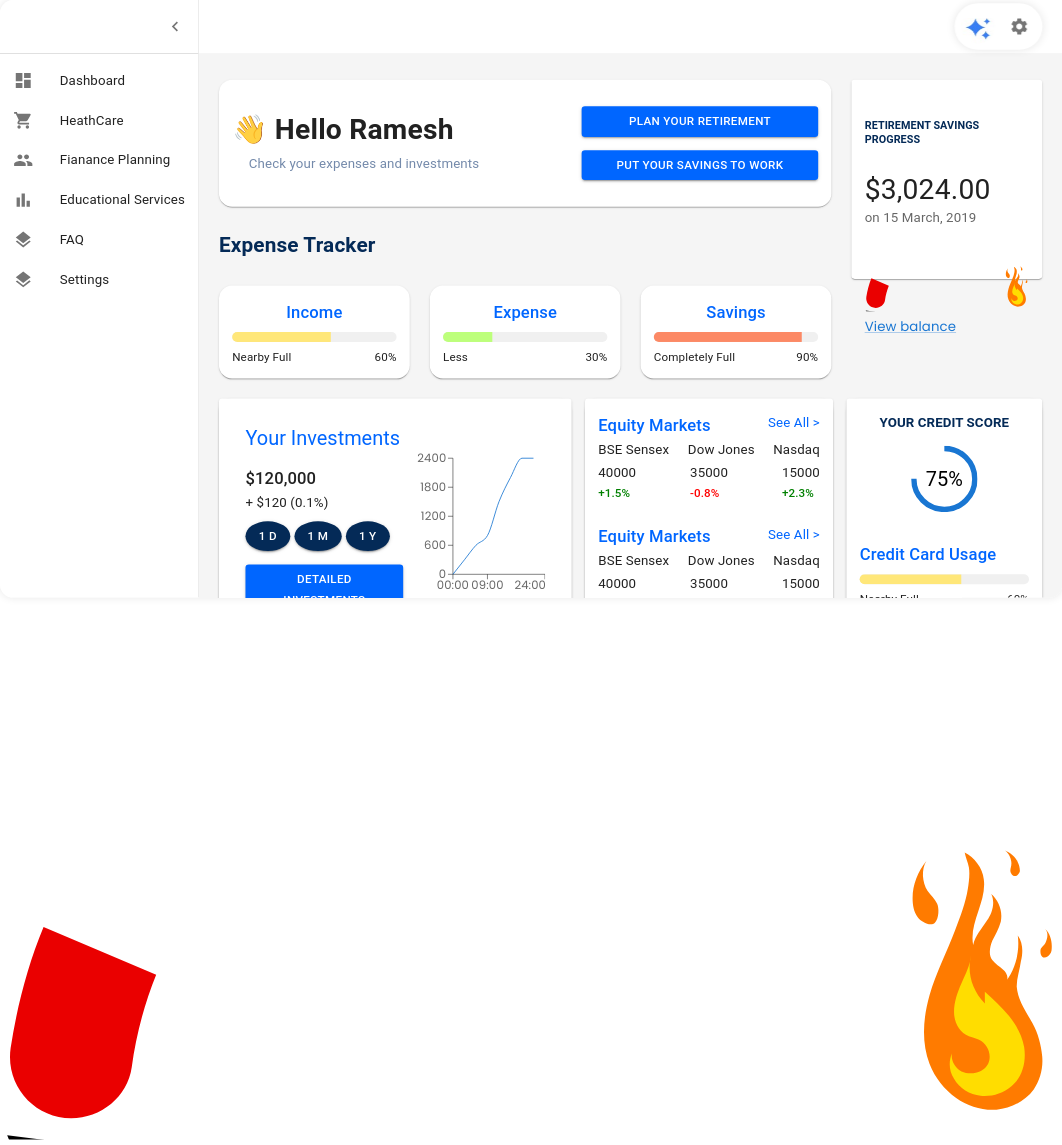
Repository: shubhampirate/TIAA_Retirement_hackathon
Page: /
The author's editor kept a copy of each file at every save. The page is drawn from the files as they stood at one save, then again after the next save.
The browser window is 1280 px wide. The pictures show the whole page, at 83% of full size.
An inner scrolling area shows only its first screen. The project was rebuilt for these pictures with package versions that can differ from the ones it lists, and the page was loaded fresh each time. Also part of the build but not shown: src/Components/CustomButton.jsx, src/Components/Navbar.jsx, src/Components/Properties.jsx, src/Components/Footer.jsx, src/Components/Hero.jsx, src/pages/Sign_In.jsx.

Above is the page before, as saved 2023-11-15 15:15:05.

After the next save:
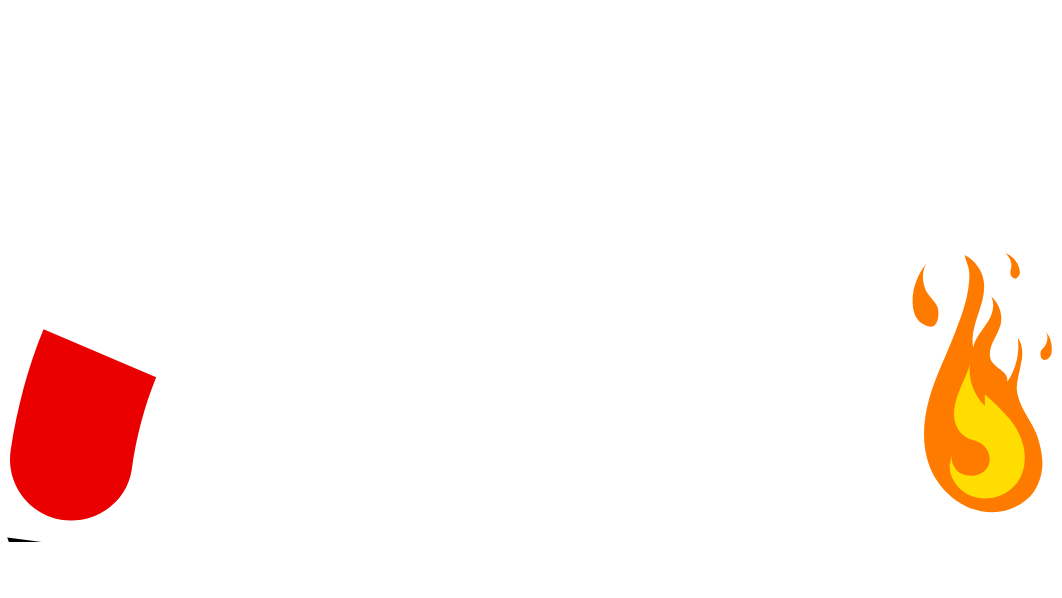
Saved 11 s later.
--- a/src/App.jsx
+++ b/src/App.jsx
@@ -9,7 +9,7 @@ function App() {
     <>
       {/* <Hero /> */}
       {/* <SignIn/> */}
-      <Dashboard />
+      {/* <Dashboard /> */}
       <GaugeChart />
     </>
   );
